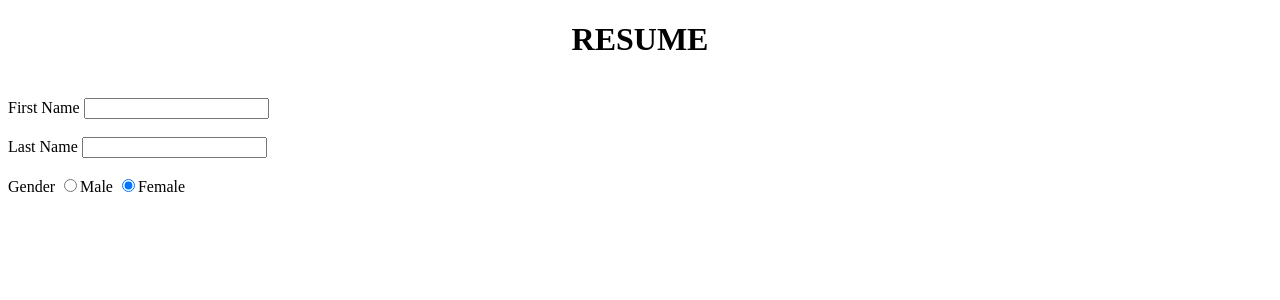
Repository: Rccalfa123/JEE
Page: MyFirstServlet/WebContent/Resume.html
An editor plug-in stored every save of this project. The page is shown before and after the next save, followed by the edit.
The browser window is 1280 px wide. The pictures show the whole page.

Above is the page before, as saved 2018-08-07 08:03:52.

### MyFirstServlet/WebContent/Resume.html
<!DOCTYPE html>
<html>
<head>
<meta charset="ISO-8859-1">
<title>Resume</title>
</head>
<body>
   <form action="ms1.java" method="get">
   <h1 align="center"> RESUME </h1><br>

   First Name <input type="text" name="fname"><br><br>

   Last Name  <input type="text" name="lname"><br><br>

   Gender <input type="radio" name = "gender" value="male" checked="checked">Male
   		  <input type="radio" name = "gender" value="male" checked="checked">Female







   </form>


</body>
</html>

After the next save:
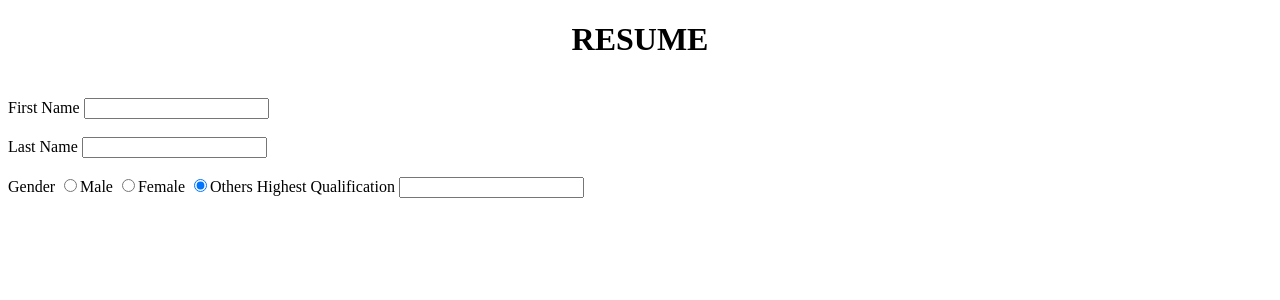
Saved 2 min 27 s later.
--- a/MyFirstServlet/WebContent/Resume.html
+++ b/MyFirstServlet/WebContent/Resume.html
@@ -13,8 +13,10 @@
    Last Name  <input type="text" name="lname"><br><br>
 
    Gender <input type="radio" name = "gender" value="male" checked="checked">Male
-   		  <input type="radio" name = "gender" value="male" checked="checked">Female
+   		  <input type="radio" name = "gender" value="female" checked="checked">Female
+   		   <input type="radio" name = "gender" value="others" checked="checked">Others
 
+   Highest Qualification <input type="text">
 
 
 
